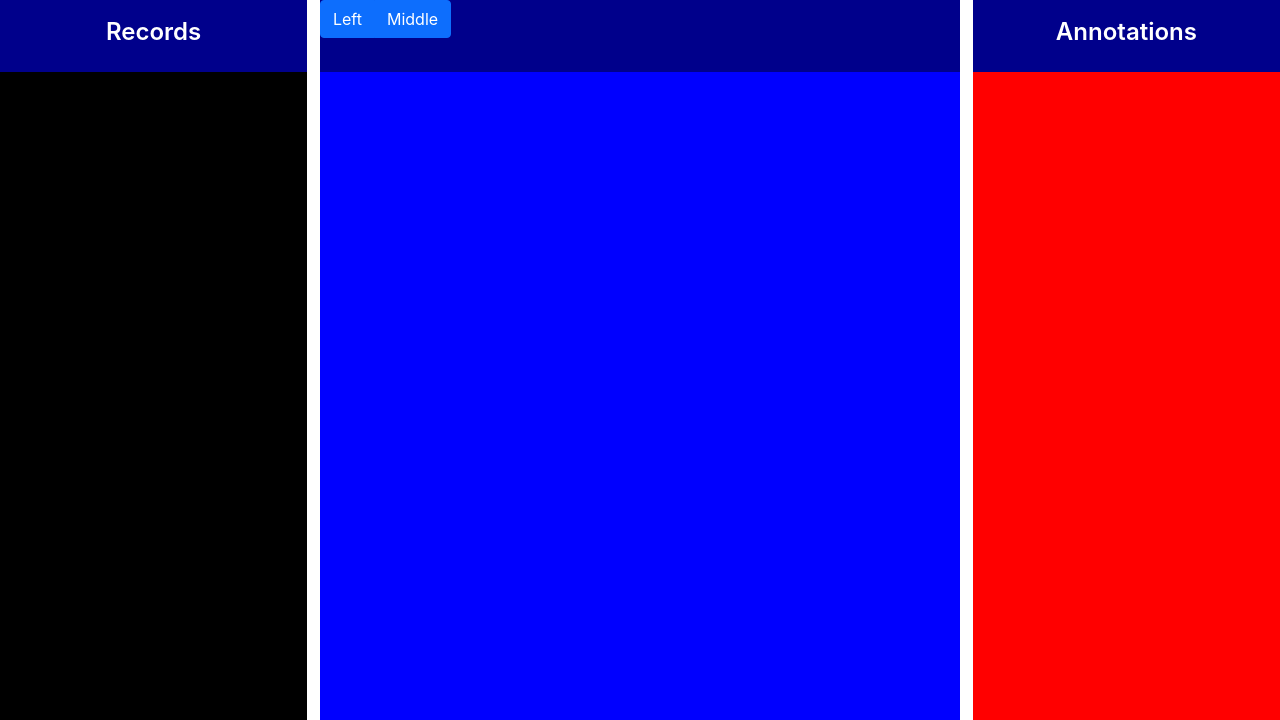
Repository: napan24/classforma_assignment
Page: / (app in client/)
These files come from the project's save history. The page is drawn as it stood at one moment and after the next save; the edit follows.
The browser window is 1280 px wide. The pictures show the whole page.
The project was rebuilt for these pictures with package versions that can differ from the ones it lists, and the page was loaded fresh each time. Also part of the build but not shown: client/src/App.css.

Above is the page before, as saved 2022-07-19 17:00:33.

### client/public/index.html
<!DOCTYPE html>
<html lang="en">
  <head>
    <meta charset="utf-8" />
    <link rel="icon" href="%PUBLIC_URL%/favicon.ico" />
    <meta name="viewport" content="width=device-width, initial-scale=1" />
    <meta name="theme-color" content="#000000" />
    <meta
      name="description"
      content="Web site created using create-react-app"
    />
    <link href="https://cdn.jsdelivr.net/npm/bootstrap@5.1.3/dist/css/bootstrap.min.css" rel="stylesheet" integrity="sha384-1BmE4kWBq78iYhFldvKuhfTAU6auU8tT94WrHftjDbrCEXSU1oBoqyl2QvZ6jIW3" crossorigin="anonymous">
    <link rel="apple-touch-icon" href="%PUBLIC_URL%/logo192.png" />
    <!--
      manifest.json provides metadata used when your web app is installed on a
      user's mobile device or desktop. See https://developers.google.com/web/fundamentals/web-app-manifest/
    -->
    <link rel="manifest" href="%PUBLIC_URL%/manifest.json" />
    <!--
      Notice the use of %PUBLIC_URL% in the tags above.
      It will be replaced with the URL of the `public` folder during the build.
      Only files inside the `public` folder can be referenced from the HTML.

      Unlike "/favicon.ico" or "favicon.ico", "%PUBLIC_URL%/favicon.ico" will
      work correctly both with client-side routing and a non-root public URL.
      Learn how to configure a non-root public URL by running `npm run build`.
    -->
    <title>React App</title>
  </head>
  <body>
    <noscript>You need to enable JavaScript to run this app.</noscript>
    <div id="root"></div>
    <!--
      This HTML file is a template.
      If you open it directly in the browser, you will see an empty page.

      You can add webfonts, meta tags, or analytics to this file.
      The build step will place the bundled scripts into the <body> tag.

      To begin the development, run `npm start` or `yarn start`.
      To create a production bundle, use `npm run build` or `yarn build`.
    -->
    <script src="https://cdn.jsdelivr.net/npm/bootstrap@5.1.3/dist/js/bootstrap.bundle.min.js" integrity="sha384-ka7Sk0Gln4gmtz2MlQnikT1wXgYsOg+OMhuP+IlRH9sENBO0LRn5q+8nbTov4+1p" crossorigin="anonymous"></script>
  </body>
</html>

### client/src/App.js
import logo from './logo.svg';
import './App.css';
import Home from './Home';

function App() {
  return (
    <>
      <Home></Home>
    </>
  );
}

export default App;

### client/src/Home.js
import React from 'react'

const Home = () => {
    return (
        <>
            <div style={{ display: 'flex', width: "100vw", height: "100vh" }}>
                <div style={{ width: "24vw", height: "100vh", backgroundColor: "black", marginRight: "1vw" }}>
                    <div style={{ width: "24vw", height: "10vh", backgroundColor: "#00008b", textAlign: 'center', fontSize: '150%', color: "white", fontWeight: "600", position: "fixed" }}>
                        <p style={{ marginTop: "2vh" }}>
                            Records
                        </p>
                    </div>
                    <div>

                    </div>
                </div>
                <div style={{ width: "50vw", height: "100vh", backgroundColor: "blue", marginRight: "1vw" }}>
                    <div style={{ width: "50vw", height: "10vh", backgroundColor: "#00008b" }}>
                        <div class="btn-group" role="group" aria-label="Basic example">
                            <button type="button" class="btn btn-primary">Left</button>
                            <button type="button" class="btn btn-primary">Middle</button>
                        </div>
                    </div>
                    <div>

                    </div>
                </div>
                <div style={{ width: "24vw", height: "100vh", backgroundColor: "red" }}>
                    <div style={{ width: "24vw", height: "10vh", backgroundColor: "#00008b", textAlign: 'center', fontSize: '150%', color: "white", fontWeight: "600", position: "fixed" }}>
                        <p style={{ marginTop: "2vh" }}>
                            Annotations
                        </p>
                    </div>
                    <div>

                    </div>
                </div>
            </div>
        </>
    )
}

export default Home

Loaded but not shown: client/src/index.js (common file); client/src/index.css (common file); client/src/reportWebVitals.js (common file)

After the next save:
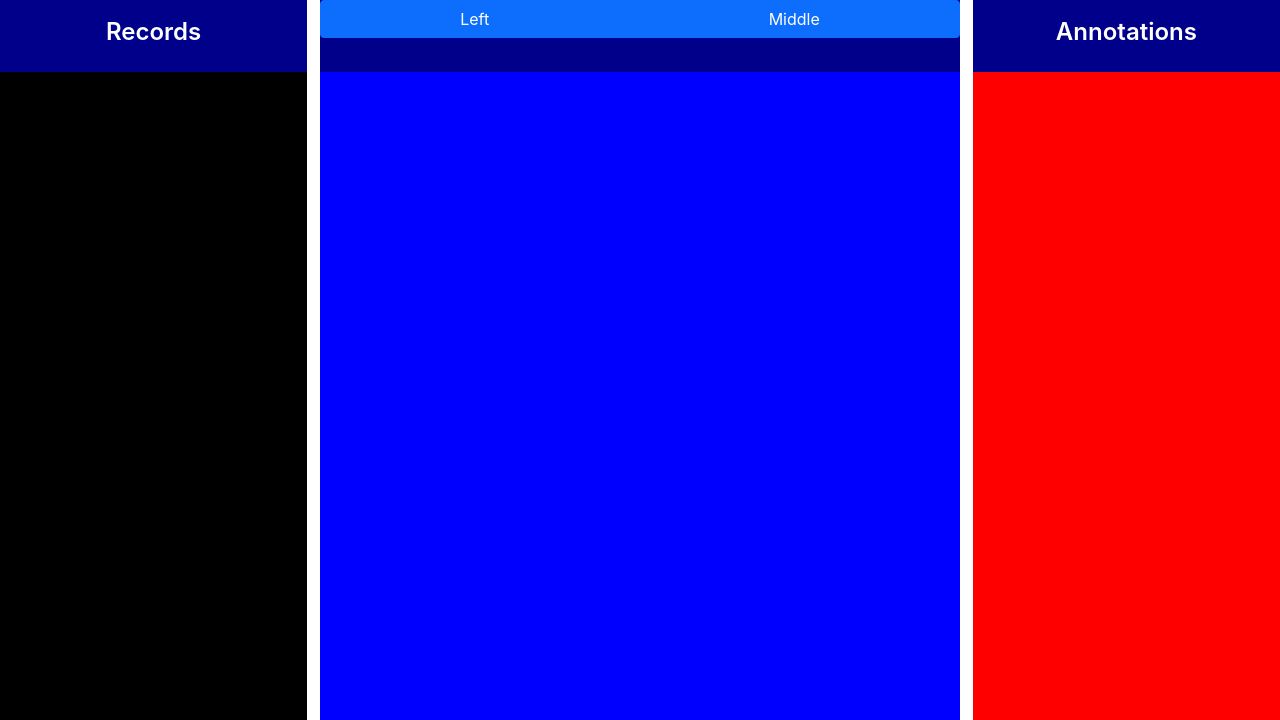
Saved 22 s later.
--- a/client/src/Home.js
+++ b/client/src/Home.js
@@ -16,7 +16,7 @@ const Home = () => {
                 </div>
                 <div style={{ width: "50vw", height: "100vh", backgroundColor: "blue", marginRight: "1vw" }}>
                     <div style={{ width: "50vw", height: "10vh", backgroundColor: "#00008b" }}>
-                        <div class="btn-group" role="group" aria-label="Basic example">
+                        <div class="btn-group" role="group" aria-label="Basic example" style={{display:'flex',justifyContent:'center'}}>
                             <button type="button" class="btn btn-primary">Left</button>
                             <button type="button" class="btn btn-primary">Middle</button>
                         </div>

After the save that followed:
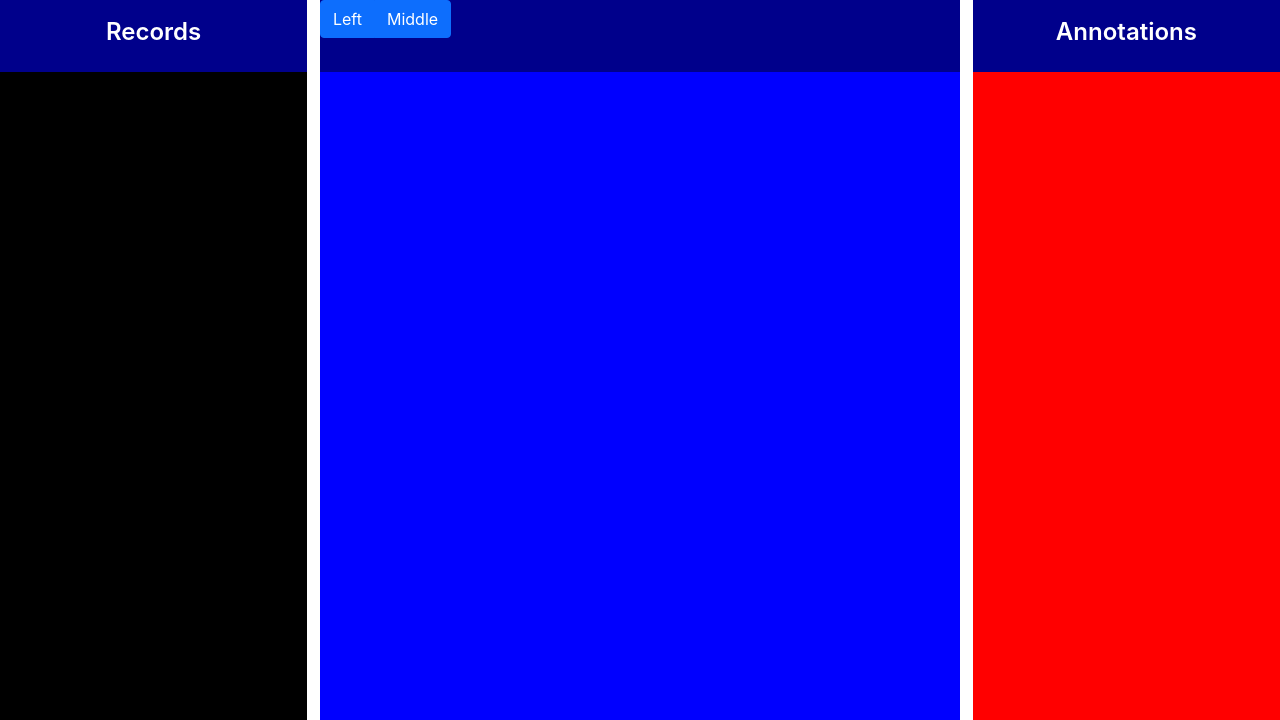
Saved 37 s later.
--- a/client/src/Home.js
+++ b/client/src/Home.js
@@ -16,7 +16,7 @@ const Home = () => {
                 </div>
                 <div style={{ width: "50vw", height: "100vh", backgroundColor: "blue", marginRight: "1vw" }}>
                     <div style={{ width: "50vw", height: "10vh", backgroundColor: "#00008b" }}>
-                        <div class="btn-group" role="group" aria-label="Basic example" style={{display:'flex',justifyContent:'center'}}>
+                        <div class="btn-group" role="group" aria-label="Basic example" style={{}}>
                             <button type="button" class="btn btn-primary">Left</button>
                             <button type="button" class="btn btn-primary">Middle</button>
                         </div>
